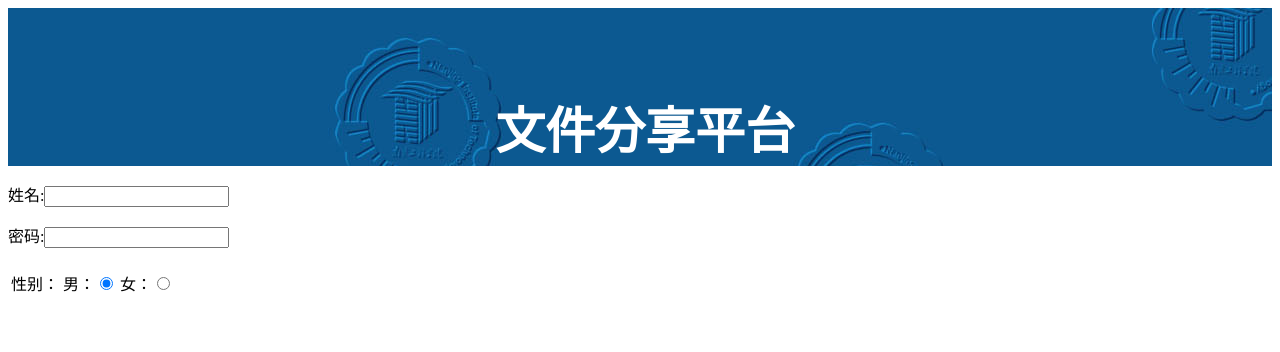
Repository: shunchensaber/Javaweb
Page: http://localhost/Web/Register.jsp
The author's editor kept a copy of each file at every save. The page is drawn from the files as they stood at one save, then again after the next save.
The browser window is 1280 px wide. The pictures show the whole page.
The page is served by Tomcat 9.

Above is the page before, as saved 2019-03-26 15:16:51.

### Web/WebContent/Register.jsp
<%@ page language="java" contentType="text/html; charset=UTF-8"
    pageEncoding="UTF-8"%>
<!DOCTYPE html>
<html>
<head>
<meta charset="ISO-8859-1">
<style type="text/css">
p.a
{
	font-size: 50px;
	color: white;
	font-family: fantasy;
}</style>
<title>注册信息</title>
</head>
<body>
<table style="background-image: url('image/header_bg.jpg');width: 100%">
<tr>
<th><!--  <img src="./image/logo.png" style="padding-left: 150px">--></th>
	<th >
	<p class="a" style="padding-top: 30px;padding-bottom: 0px;margin-bottom: 0px">
	<font face="华文云彩">文件分享平台</font>
	</th>
	</table>
	<table>
	<form action="">
	<tr>
	<p>姓名:<input type="text" name="userid" ></p>
	</tr>
	<tr>
	<p>密码:<input type="password" name="userpass"></p>
	</tr>
	<tr>
	<td>
	性别：
	男：<input type="radio" name="sex" value="male" checked="checked"></td>
	<td>女：<input type="radio" name="sex" value="female"></td>
	</tr>


	</form>
	</table>

</body>
</html>

After the next save:
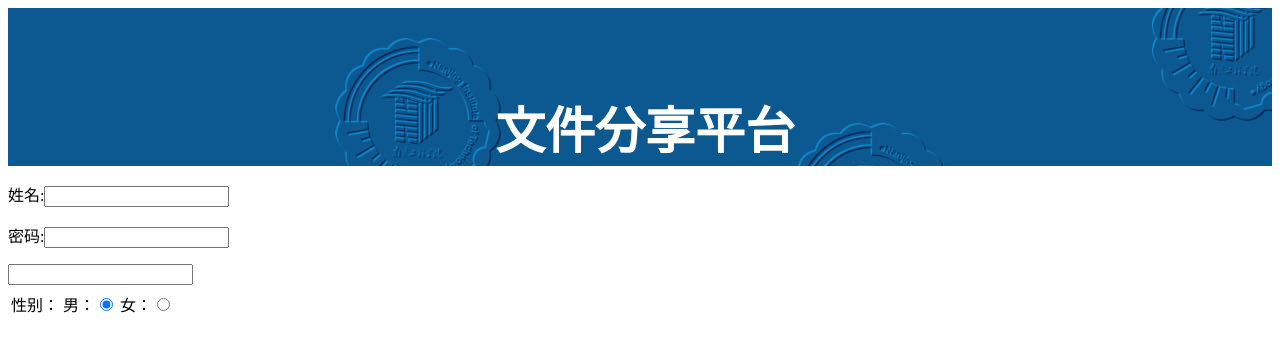
Saved 4 min 43 s later.
--- a/Web/WebContent/Register.jsp
+++ b/Web/WebContent/Register.jsp
@@ -36,6 +36,7 @@ p.a
 	男：<input type="radio" name="sex" value="male" checked="checked"></td>
 	<td>女：<input type="radio" name="sex" value="female"></td>
 	</tr>
+	<tr><input type="datetime" name="birthdate"></tr>
 
 
 	</form>
